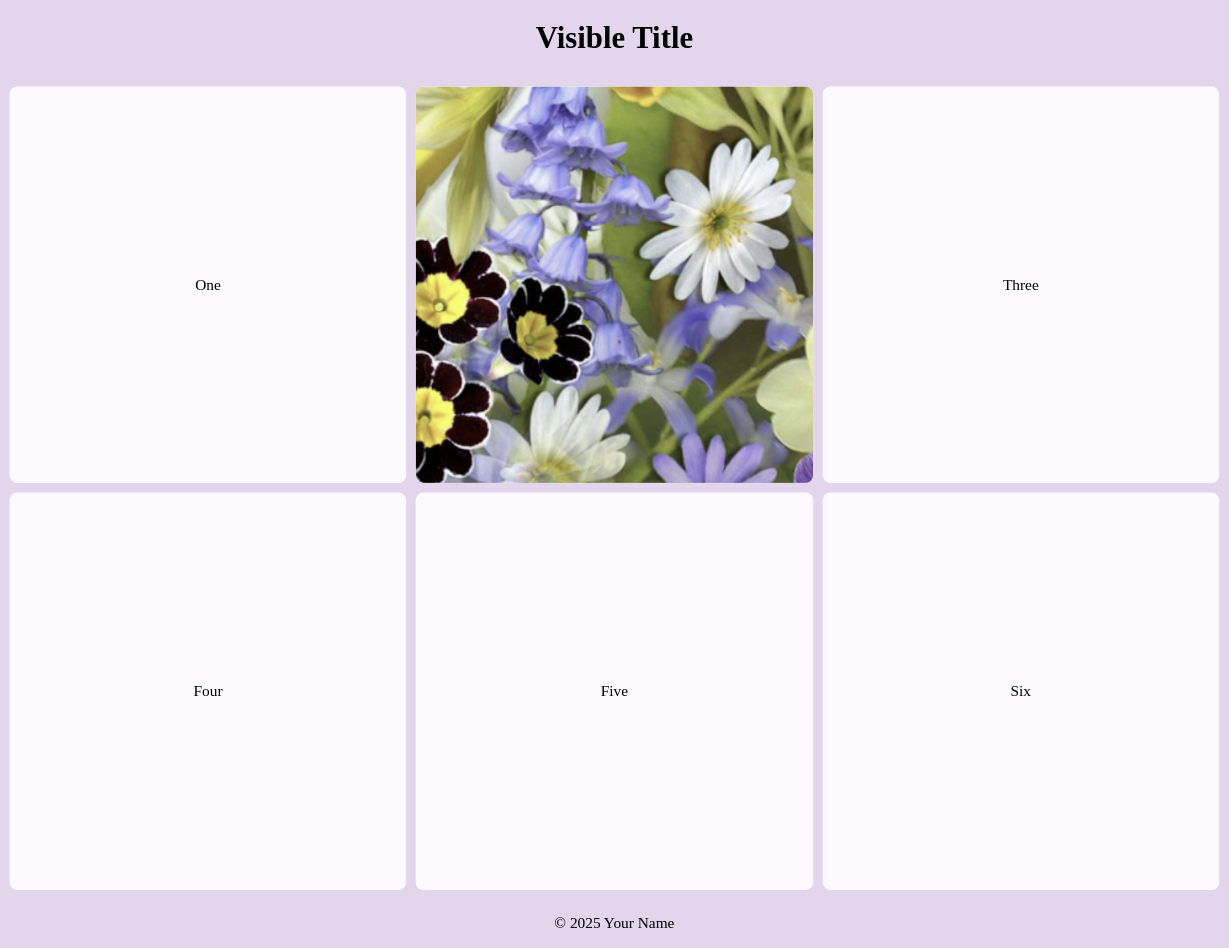
Repository: Brittany-Westlund/WebDesign
Page: FinalProject/index.html
These files come from the project's save history. The page is drawn as it stood at one moment and after the next save; the edit follows.
The browser window is 1280 px wide. The pictures show the whole page, at 96% of full size.

Above is the page before, as saved 2025-06-13 14:20:14.

After the next save:
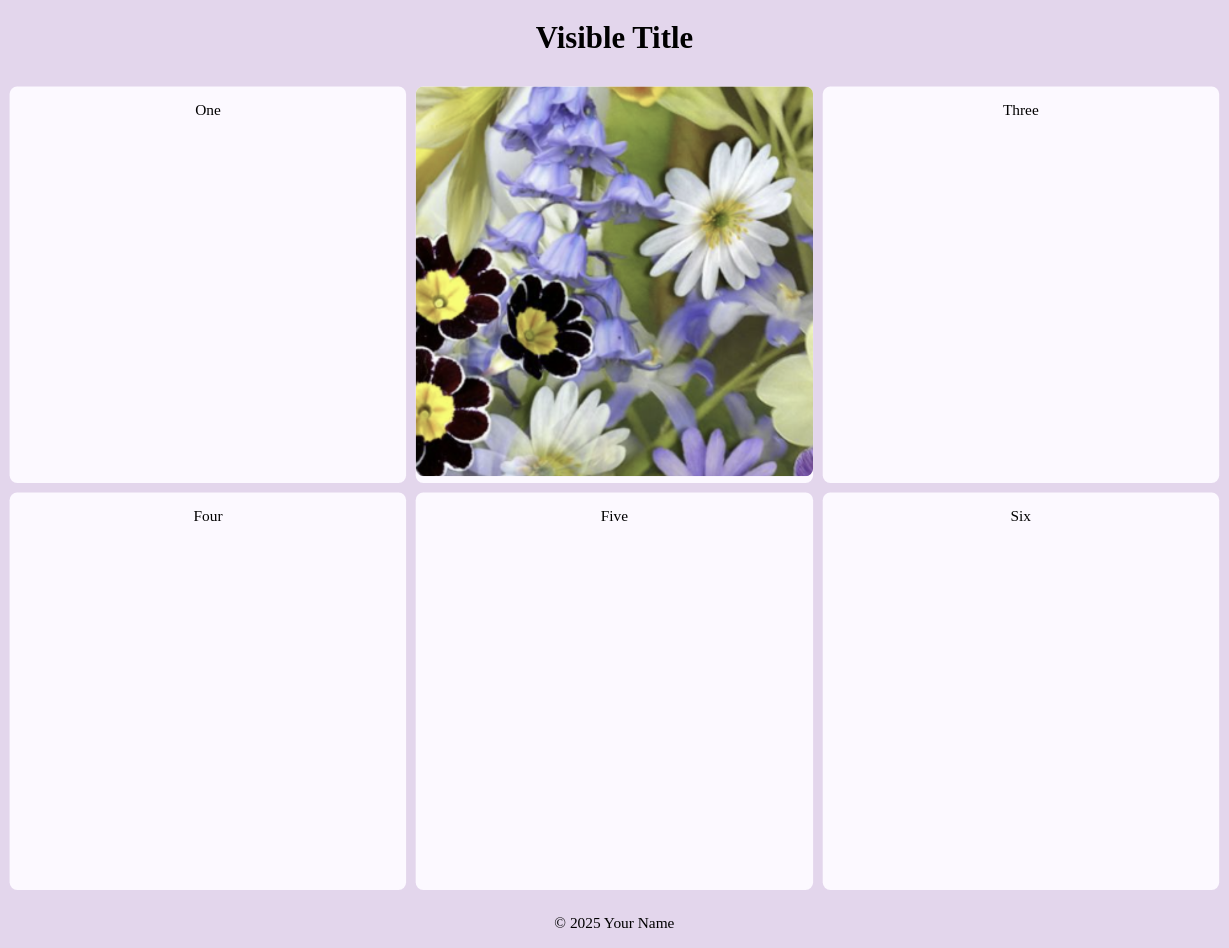
Saved 38 s later.
--- a/FinalProject/style/style.css
+++ b/FinalProject/style/style.css
@@ -20,8 +20,7 @@ header {
   padding: 0;
   border-radius: 8px;
   aspect-ratio: 1 / 1;
-  display: flex;
-  justify-content: center;
+
 }
 
 .item img {
@@ -37,6 +36,7 @@ header {
   text-align: center;
   display: flex;
   align-items: center;
+  justify-content: center;
 }
 
 footer {
